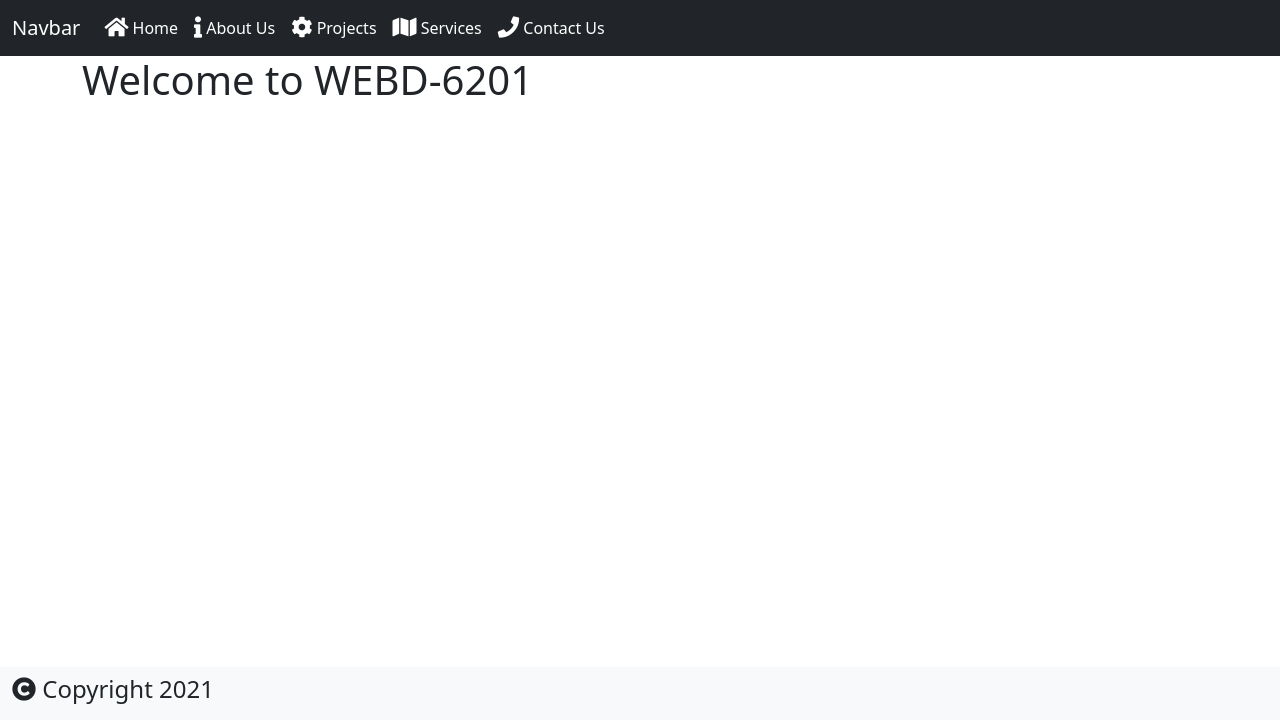
Repository: CKM206/WEBD6201-W2021---ICE1
Page: index.html
The author's editor kept a copy of each file at every save. The page is drawn from the files as they stood at one save, then again after the next save.
The browser window is 1280 px wide. The pictures show the whole page.

Above is the page before, as saved 2021-01-20 09:14:03.

After the next save:
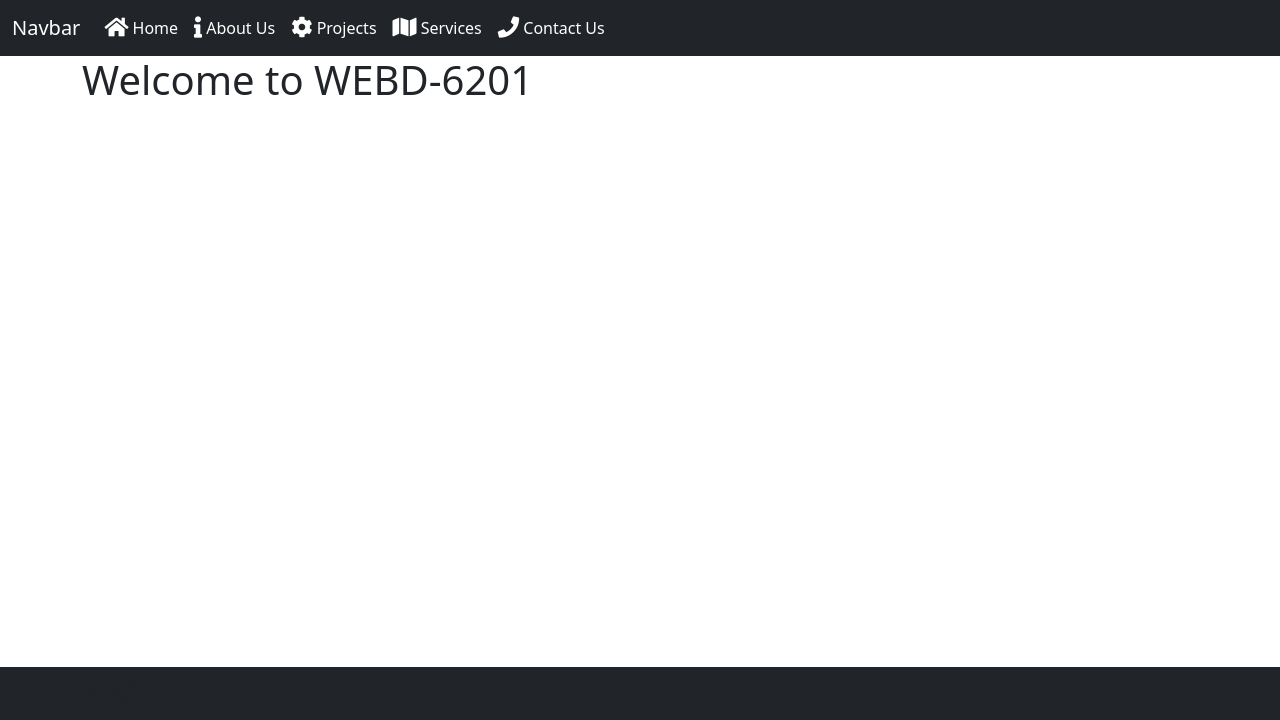
Saved 24 s later.
--- a/index.html
+++ b/index.html
@@ -51,7 +51,7 @@
 
     <!-- Footer Section -->
     <footer>
-        <nav class="navbar fixed-bottom navbar-light bg-light">
+        <nav class="navbar fixed-bottom navbar-dark bg-dark">
             <div class="container-fluid">
               <h4><i class="fas fa-copyright"></i> Copyright 2021</h4>
             </div>
